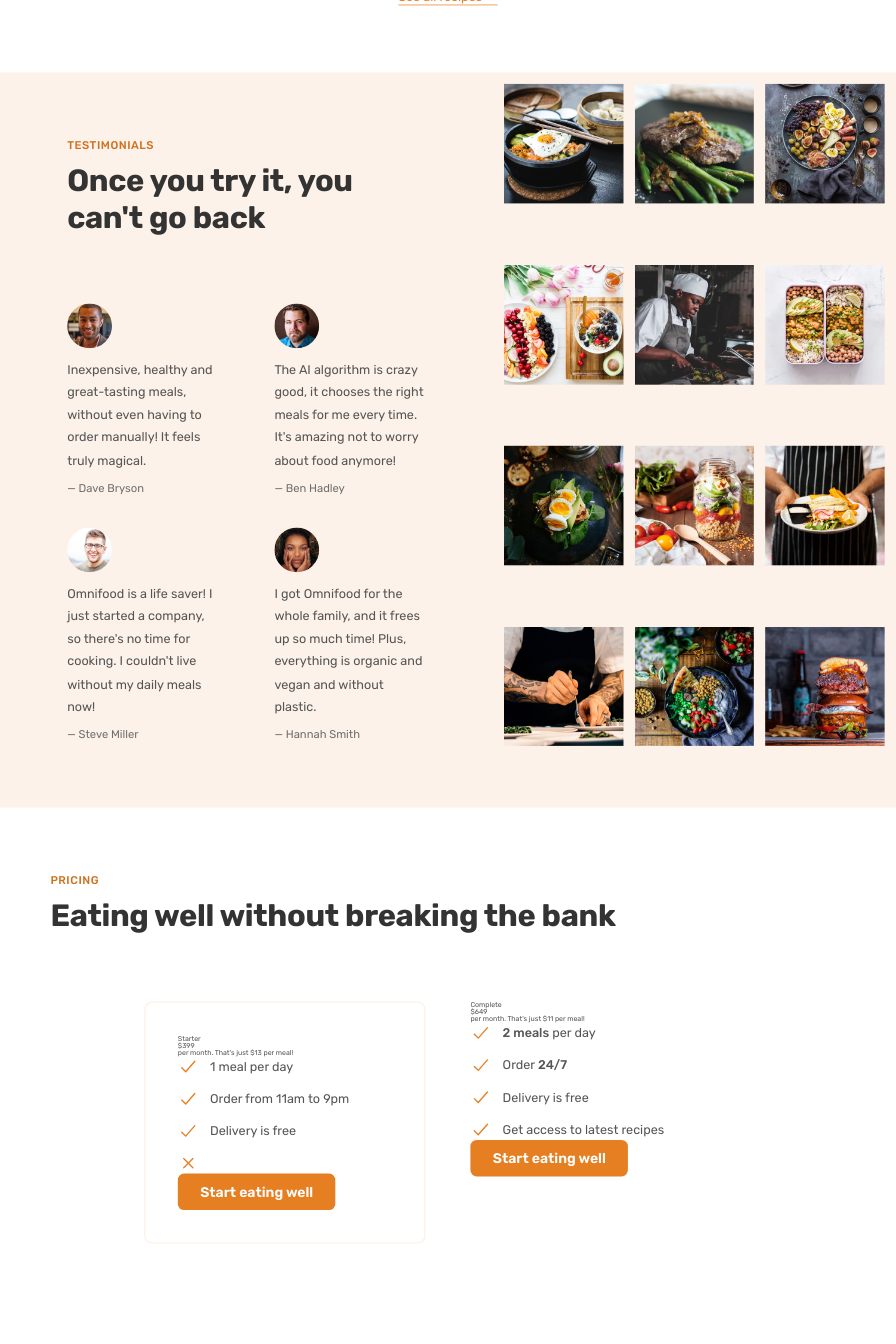
Repository: nghiakma/HTML-CSS-Fundamental
Page: Ominifood/index.html
An editor plug-in stored every save of this project. The page is shown before and after the next save, followed by the edit.
The browser window is 1280 px wide. The pictures show the part of the page from y = 3492 to 5412 px (the page is 5412 px tall), at 70% of full size.
Some web libraries are served in a nearby version.

Above is the page before, as saved 2023-08-29 06:54:50.

After the next save:
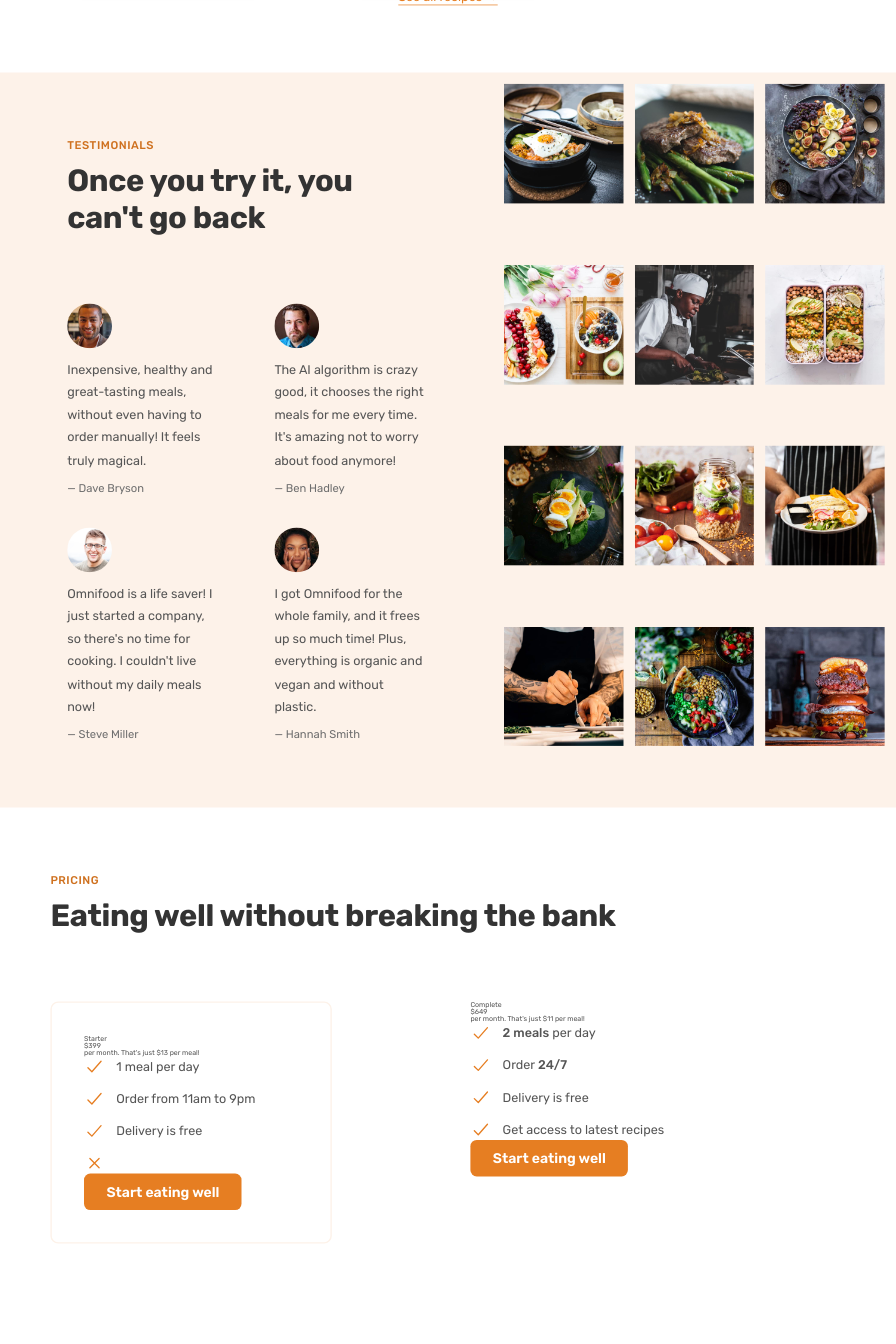
Saved 14 s later.
--- a/Ominifood/style.css
+++ b/Ominifood/style.css
@@ -540,7 +540,6 @@ strong {
   width: 75%;
 }
 .princing-plan--starter {
-  justify-self: end;
   border: 2px solid #fdf2e9;
   padding: 4.6rem;
 }
